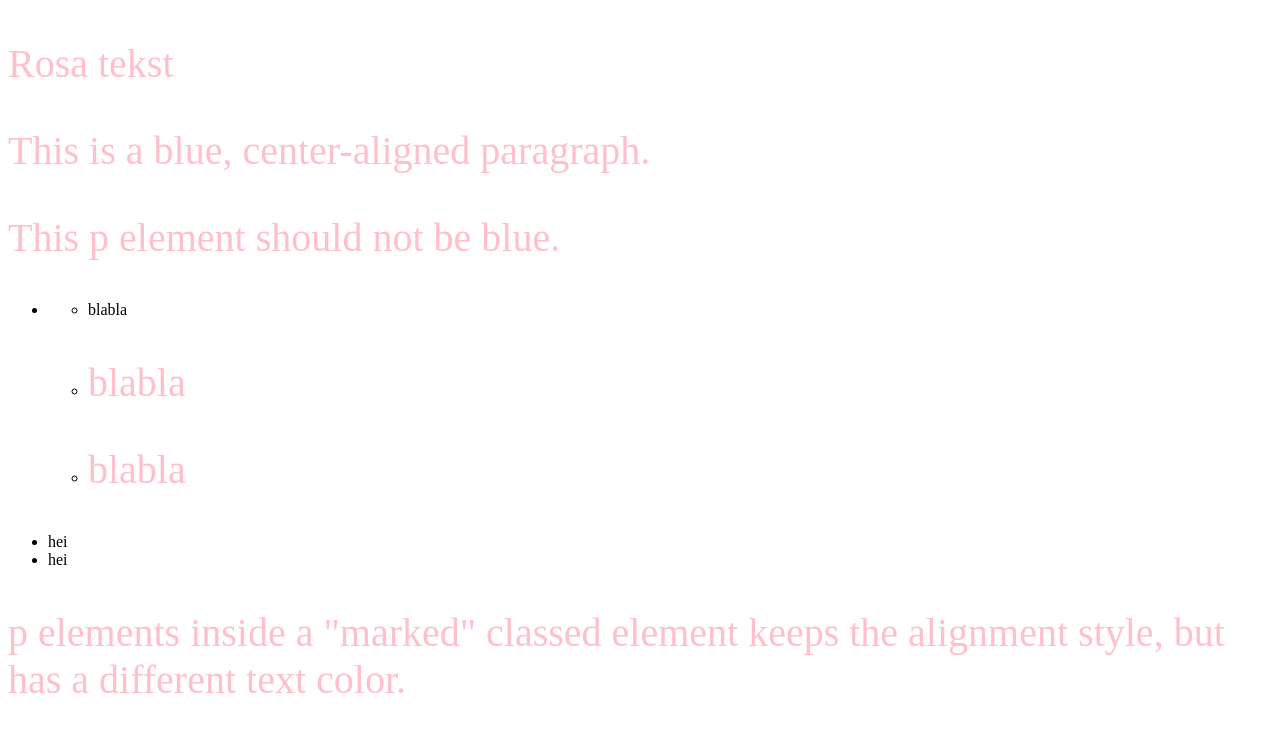
Repository: mesan/css-kurs
Page: kode/wroom/html-snippets/noNO.html
These files come from the project's save history. The page is drawn as it stood at one moment and after the next save; the edit follows.
The browser window is 1280 px wide. The pictures show the whole page.

Above is the page before, as saved 2013-01-21 22:20:44.

After the next save:
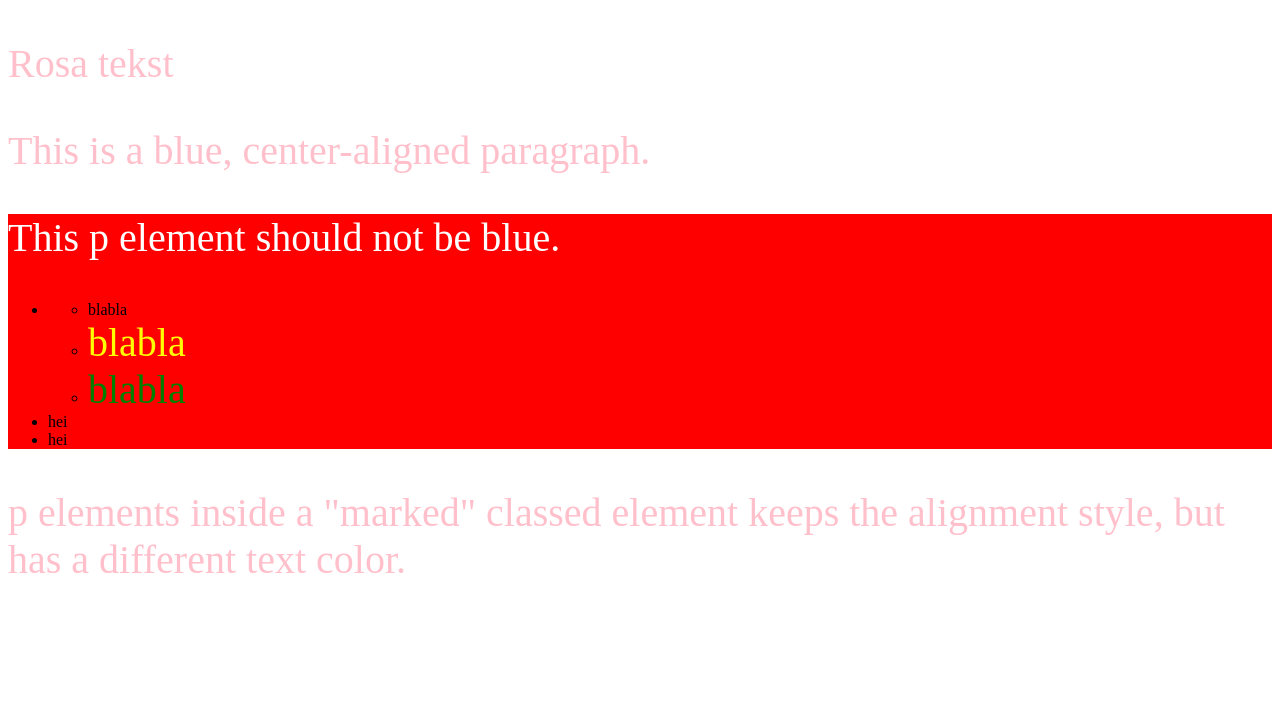
Saved 21 min 13 s later.
--- a/kode/wroom/html-snippets/noNO.html
+++ b/kode/wroom/html-snippets/noNO.html
@@ -5,11 +5,32 @@
 			p {
 				color: pink;
 				font-size: 40px;
+				/*color: blue;
+				text-align: center;*/
+			}
+			.marked {
+				background-color: red;
+			}
+			.marked p {
+				color: white;
+			}
+
+			.marked li ul li p {
+				color: yellow;
+				padding: 0;
+				margin: 0;
+				text-align: left;
+			}
+			.marked li ul li p a {
+				color: green;
 			}
 		</style>
 	</head>
+
 	<body>
+
 		<p>Rosa tekst</p>
+
 	</body>
 
 
